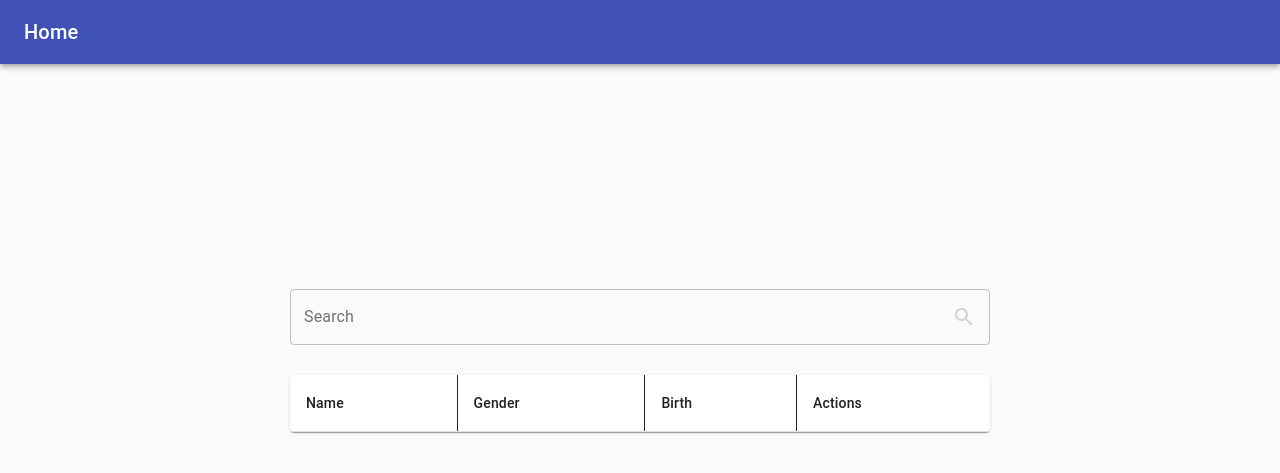
Repository: GabrielBrandaoProjetos/patient-manager
Page: /
The author's editor kept a copy of each file at every save. The page is drawn from the files as they stood at one save, then again after the next save.
The browser window is 1280 px wide. The pictures show the whole page.
The project was rebuilt for these pictures with package versions that can differ from the ones it lists, and the page was loaded fresh each time.

Above is the page before, as saved 2021-09-14 13:08:55.

### public/index.html
<!DOCTYPE html>
<html lang="en">
  <head>
    <meta charset="utf-8" />
    <meta name="viewport" content="minimum-scale=1, width=device-width, initial-scale=1" />
    <meta name="theme-color" content="#000000" />

    <title>React App</title>
  </head>
  <body>
    <noscript>You need to enable JavaScript to run this app.</noscript>
    <div id="root"></div>
  </body>
</html>

### src/App.tsx
import React from 'react';
import { CssBaseline } from '@material-ui/core';
import { Home } from './pages/Home/Home';


function App() {
  return (
    <>
    <CssBaseline />
    <Home />
    </>
  );
}

export default App;

### src/pages/Home/Home.tsx
import React from 'react';
import { AppBar, FormControl, InputAdornment, InputLabel, OutlinedInput, Paper, Table, TableCell, TableContainer, TableHead, TableRow, Toolbar, Typography } from '@material-ui/core';
import {Search} from '@material-ui/icons'
import { createStyles, makeStyles, Theme } from '@material-ui/core/styles';

const useStyles = makeStyles((theme: Theme) =>
  createStyles({
    root: {
      width: '100vw',
      height: '100vh',
      display: 'flex',
      flexDirection: 'column',
      alignItems: 'center',
      justifyContent: 'center',
    },
    title: {
      flexGrow: 1,
    },
    form: {
      maxWidth: 700,
      width: "100%",
    },
    outlinedInput: {

    },
    search: {
      color: "#d2d2d2",
    },
    tableContainer: {
      maxWidth: 700,
      width: "100%",

      marginTop: 30
    },
    table: {

    },
    cell: {
      borderRight: "1px solid"
    },
  }),
);

export const Home = () => {
  const classes = useStyles();
  return(
    <div className={classes.root}>
      <AppBar>
        <Toolbar>
          <Typography variant="h6" className={classes.title}>
            Home
          </Typography>
        </Toolbar>
      </AppBar>

      <FormControl className={classes.form} variant="outlined">
        <InputLabel htmlFor="outlined-adornment-search">Search</InputLabel>
        <OutlinedInput
          classes={{root: classes.outlinedInput}}
          id="outlined-adornment-search"
          type="search"
          // value={values.password}
          // onChange={handleChange('password')}
          endAdornment={
            <InputAdornment position="end">
              <Search className={classes.search}/>
            </InputAdornment>
          }
          labelWidth={70}
        />
      </FormControl>

      <TableContainer component={Paper} className={classes.tableContainer}>
        <Table className={classes.table} aria-label="simple table">
          <TableHead>
            <TableRow className={classes.row}>
              <TableCell className={classes.cell}>Name</TableCell>
              <TableCell className={classes.cell}>Gender</TableCell>
              <TableCell className={classes.cell}>Birth</TableCell>
              <TableCell>Actions</TableCell>
            </TableRow>
          </TableHead>
        </Table>

      </TableContainer>
    </div>
  )
}

Loaded but not shown: src/index.tsx (common file); src/reportWebVitals.ts (common file)

After the next save:
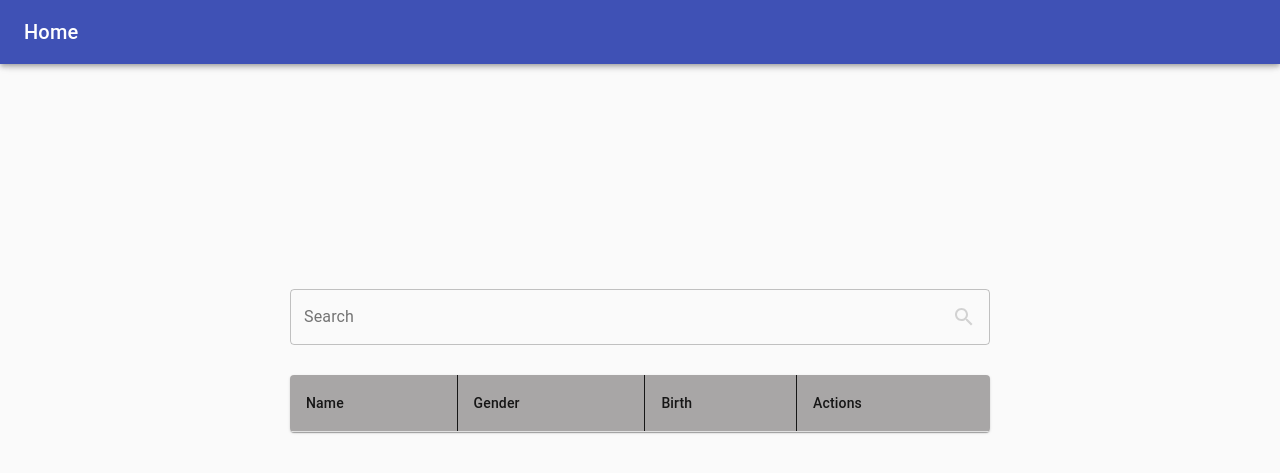
Saved 54 s later.
--- a/src/pages/Home/Home.tsx
+++ b/src/pages/Home/Home.tsx
@@ -34,6 +34,9 @@ const useStyles = makeStyles((theme: Theme) =>
     },
     table: {
 
+    },
+    row: {
+      background: "#a8a6a6"
     },
     cell: {
       borderRight: "1px solid"
